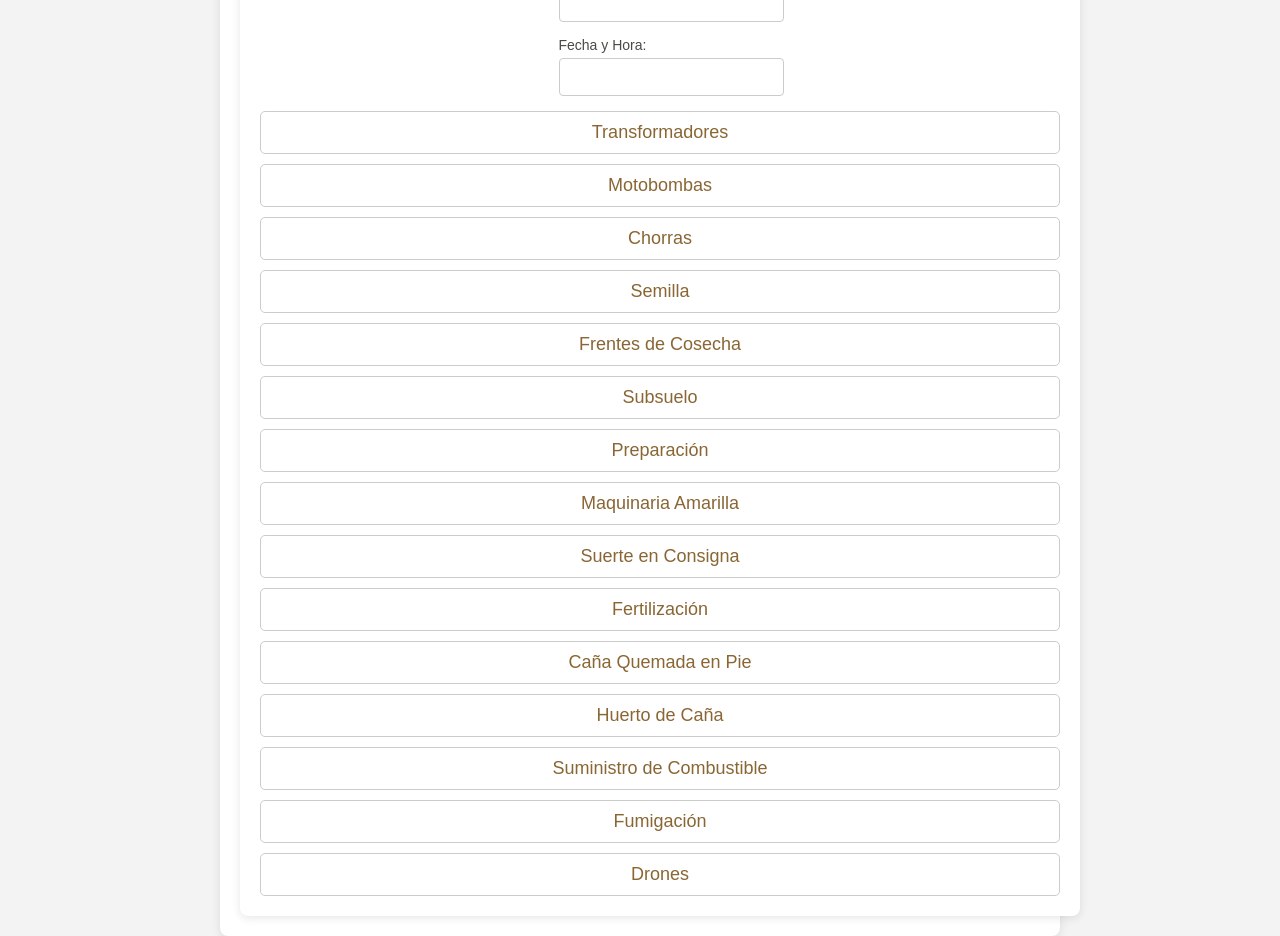
Repository: tayuanlogua/prototipo-de-control-de-accesos
Page: Patrullas/src/actividadespropias.html
The author's editor kept a copy of each file at every save. The page is drawn from the files as they stood at one save, then again after the next save.
The browser window is 1280 px wide. The pictures show the whole page.

Above is the page before, as saved 2024-08-22 11:06:21.

### Patrullas/src/actividadespropias.html
<!DOCTYPE html>
<html lang="es">
  <head>
    <meta charset="UTF-8" />
    <meta name="viewport" content="width=device-width, initial-scale=1.0" />
    <title>Formulario de Actividades Propias</title>
    <link rel="stylesheet" href="styles.css" />
  </head>
  <body>
    <header class="header">
      <img src="imagenes/LOGO.png" alt="Logo" class="logo" />
    </header>
    <div class="login-container">
      <h1>Formulario de Actividades Propias</h1>
      <form id="motobombas-form" enctype="multipart/form-data">
        <div class="form-group">
          <label for="ubicacion">Ubicación:</label>
          <input type="text" id="ubicacion" name="ubicacion" required />
        </div>

        <div class="form-group">
          <label for="date-time">Fecha y Hora:</label>
          <input type="text" id="date-time" name="date-time" readonly />
        </div>
      <div class="activities-form">
        <a href="transformadores.html">Transformadores</a>
        <a href="motobombas.html">Motobombas</a>
        <a href="chorras.html">Chorras</a>
        <a href="semillas.html">Semilla</a>
        <a href="frentesdecosecha.html">Frentes de Cosecha</a>
        <a href="subsuelo.html">Subsuelo</a>
        <a href="preparacion.html">Preparación</a>
        <a href="maquinariaamarilla.html">Maquinaria Amarilla</a>
        <a href="suerteconsigna.html">Suerte en Consigna</a>
        <a href="fertilizacion.html">Fertilización</a>
        <a href="cañaenpie.html">Caña Quemada en Pie</a>
        <a href="huertocaña.html">Huerto de Caña</a>
        <a href="suministrocombustible.html">Suministro de Combustible</a>
        <a href="fumigacion.html">Fumigación</a>
        <a href="drones.html">Drones</a>
      </div>
    </div>
  </body>
</html>

### Patrullas/src/styles.css
/* Estilos generales para el body */
body {
  font-family: Arial, sans-serif;
  background-color: #f3f3f3;
  color: #333;
  margin: 0;
  padding: 0;
  display: flex;
  flex-direction: column;
  align-items: center;
  justify-content: center;
  height: 100vh;
}

/* Estilo para el logo en el header */
.header {
  width: 100%;
  display: flex;
  justify-content: center;
  align-items: center;
  margin-bottom: 20px;
}

.logo {
  width: 150px; /* Ajusta el tamaño según sea necesario */
}

/* Estilos para el contenedor del formulario */
.form-container,
.container,
.login-container,
#subsuelo-form,
#burnt-cane-form,
#motobombas-form {
  background-color: #fff;
  padding: 20px;
  border-radius: 8px;
  box-shadow: 0 2px 10px rgba(0, 0, 0, 0.1);
  width: 90%;
  max-width: 800px;
  margin: 0 auto;
  text-align: center;
  display: flex;
  flex-direction: column;
  align-items: center;
}

/* Estilo para el título del formulario */
h1 {
  color: #896633; /* PANTONE® 7505 C */
  font-size: 24px;
  margin-bottom: 20px;
}

/* Estilos para los formularios */
#subsuelo-form,
#burnt-cane-form,
#motobombas-form,
form {
  display: flex;
  flex-direction: column;
  gap: 15px;
  width: 100%;
}

.form-group {
  display: flex;
  flex-direction: column;
  gap: 5px;
}

.form-group label {
  font-size: 14px;
  color: #2e2d26dc;
  text-align: left;
}

.form-group input[type="text"],
.form-group input[type="number"],
.form-group select,
.form-group input[type="file"],
.form-group textarea {
  width: 100%;
  padding: 10px;
  border: 1px solid #ccc;
  border-radius: 4px;
  font-size: 14px;
}

.form-group input[type="file"] {
  padding: 3px; /* Ajuste para que se vea mejor */
}

.form-group textarea {
  resize: vertical;
}

.form-group select {
  padding: 10px;
}

/* Estilos para el grupo de radio buttons */
.radio-group {
  display: flex;
  flex-direction: column;
  gap: 5px;
  align-items: flex-start;
}

.radio-group label {
  display: flex;
  align-items: center;
  gap: 5px;
  font-size: 14px;
  color: #2e2d26dc;
}

#support-name-group {
  display: none;
}

/* Estilo para el botón de envío */
button[type="submit"] {
  display: block;
  width: 100%;
  padding: 10px;
  background-color: #896633; /* PANTONE® 7505 C */
  color: white;
  border: none;
  border-radius: 4px;
  cursor: pointer;
  font-size: 16px;
  margin-top: 20px;
}

/* Estilos para el hover en botones */
button[type="submit"]:hover {
  background-color: #8cc63f; /* PANTONE® 376 C */
}

/* Estilo para los enlaces de actividades */
.activities-form {
  display: flex;
  flex-direction: column;
  gap: 10px;
  width: 100%;
}

.activities-form a {
  text-decoration: none;
  color: #896633; /* PANTONE® 7505 C */
  font-size: 18px;
  padding: 10px;
  border-radius: 5px;
  background-color: #ffffff;
  border: 1px solid #ccc;
  transition: background-color 0.3s, color 0.3s;
}

.activities-form a:hover {
  background-color: #896633; /* PANTONE® 7505 C */
  color: #ffffff;
}

/* Responsive design para dispositivos móviles */
@media (max-width: 480px) {
  .form-container,
  .container,
  .login-container,
  #subsuelo-form,
  #burnt-cane-form,
  #motobombas-form {
    width: 95%;
    padding: 15px;
  }

  h1 {
    font-size: 20px;
  }

  #subsuelo-form input[type="text"],
  #subsuelo-form input[type="number"],
  #subsuelo-form select,
  #subsuelo-form input[type="file"],
  #subsuelo-form textarea,
  #subsuelo-form button[type="submit"],
  #burnt-cane-form input[type="text"],
  #burnt-cane-form input[type="number"],
  #burnt-cane-form select,
  #burnt-cane-form input[type="file"],
  #burnt-cane-form textarea,
  #burnt-cane-form button[type="submit"],
  #motobombas-form input[type="text"],
  #motobombas-form input[type="number"],
  #motobombas-form select,
  #motobombas-form textarea,
  #motobombas-form button[type="submit"],
  form input[type="text"],
  form input[type="number"],
  form select,
  form input[type="file"],
  form textarea,
  form button[type="submit"],
  .activities-form a {
    font-size: 14px;
  }
}

After the next save:
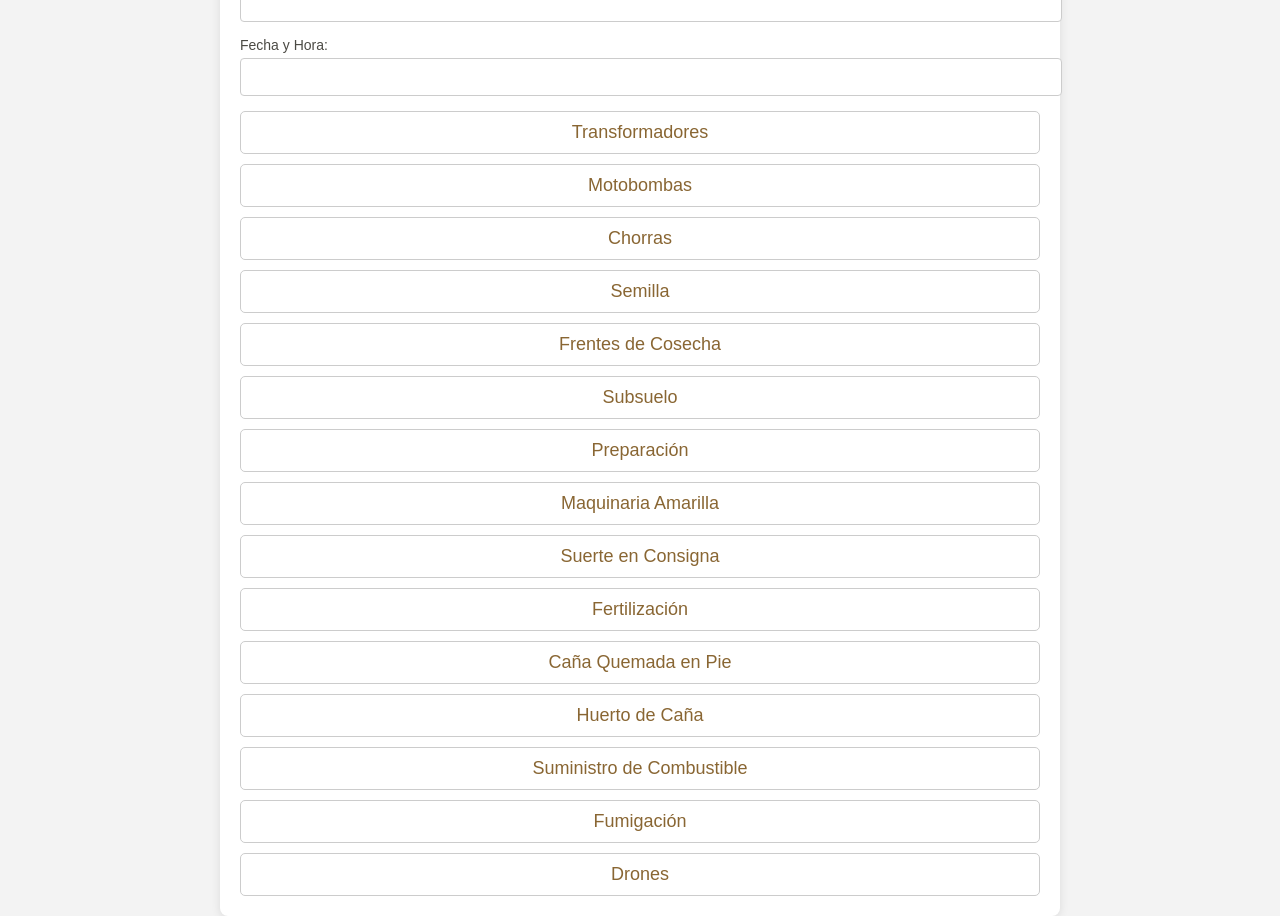
Saved 29 s later.
--- a/Patrullas/src/actividadespropias.html
+++ b/Patrullas/src/actividadespropias.html
@@ -12,7 +12,7 @@
     </header>
     <div class="login-container">
       <h1>Formulario de Actividades Propias</h1>
-      <form id="motobombas-form" enctype="multipart/form-data">
+      <form id="activities-form" enctype="multipart/form-data">
         <div class="form-group">
           <label for="ubicacion">Ubicación:</label>
           <input type="text" id="ubicacion" name="ubicacion" required />
